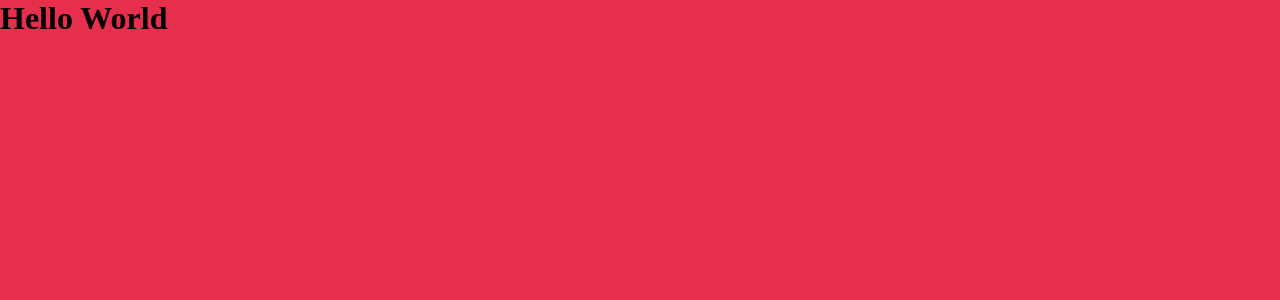
Repository: viniciusfg05/vlmoney
Page: /
The author's editor kept a copy of each file at every save. The page is drawn from the files as they stood at one save, then again after the next save.
The browser window is 1280 px wide. The pictures show the whole page.
The project was rebuilt for these pictures with package versions that can differ from the ones it lists, and the page was loaded fresh each time.

Above is the page before, as saved 2022-02-21 12:21:21.

After the next save:
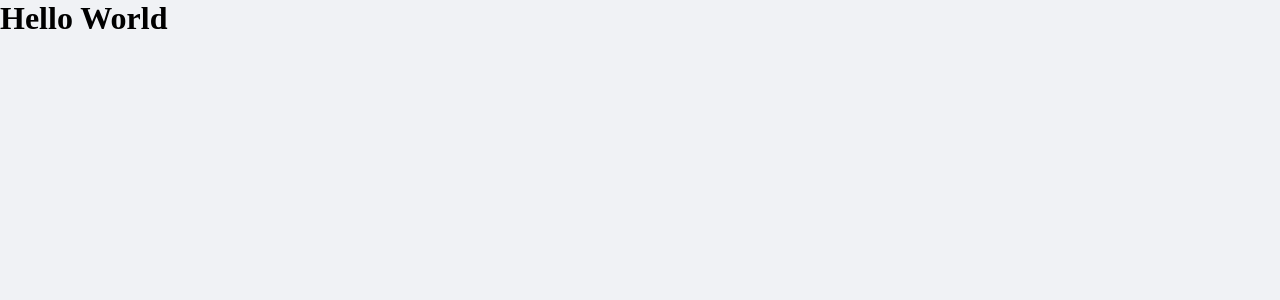
Saved 6 s later.
--- a/src/styles/global.ts
+++ b/src/styles/global.ts
@@ -18,7 +18,7 @@ export const GlobalStyles = createGlobalStyle`
   }
 
   body {
-    background: var(--red) ;
+    background: var(--background) ;
     -webkit-font-smothing: antialiased; //para font ficar mais nitida
   }
 `
